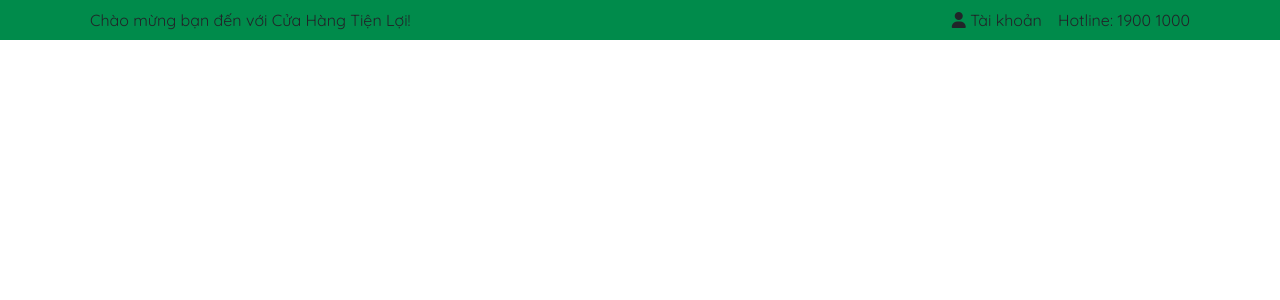
Repository: PAnhDuc/food.demo
Page: index.html
The author's editor kept a copy of each file at every save. The page is drawn from the files as they stood at one save, then again after a run of saves.
The browser window is 1280 px wide. The pictures show the whole page.
Some web libraries are served in a nearby version.

Above is the page before, as saved 2024-11-13 19:47:46.

After the next 2 saves:
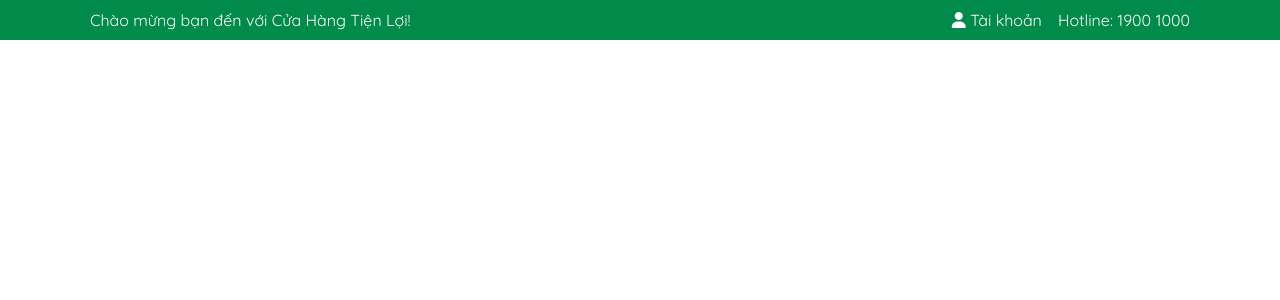
The 2 saves are shown as one change because they came seconds apart.
The last was saved 11 s later.
--- a/assets/style.css
+++ b/assets/style.css
@@ -17,6 +17,7 @@
 }
 
 .top-bar {
+    color: var(--white);
     background: var(--green);
     height: 40px;
     width: 100%;
